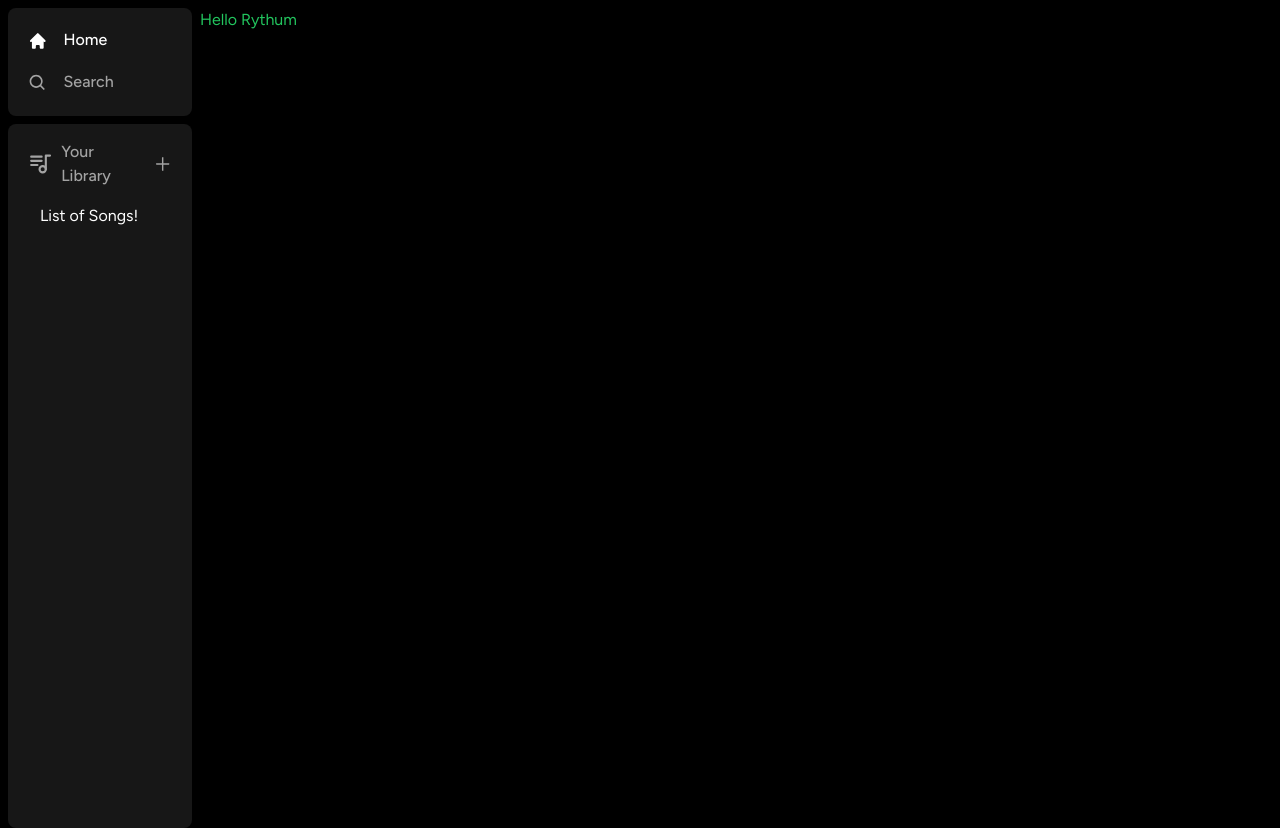
Repository: syni18/Rythum
Page: /
These files come from the project's save history. The page is drawn as it stood at one moment and after the next save; the edit follows.
The browser window is 1280 px wide. The pictures show the whole page.
The project was rebuilt for these pictures with package versions that can differ from the ones it lists, and the page was loaded fresh each time. The framework's server and built-in components were replaced by stand-ins that run in the browser. Also part of the build but not shown: next.config.js.

Above is the page before, as saved 2023-11-11 16:57:06.

After the next save:
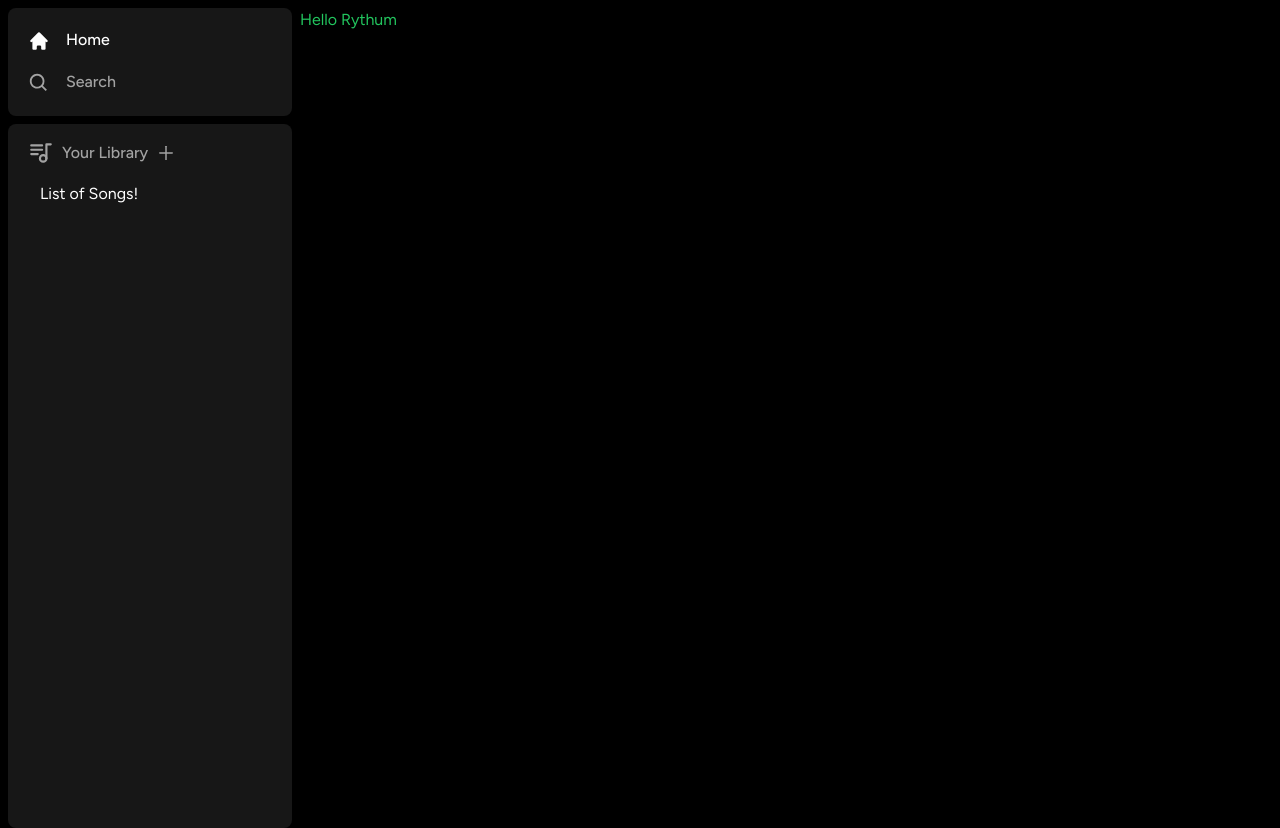
Saved 13 s later.
--- a/components/Sidebar.tsx
+++ b/components/Sidebar.tsx
@@ -34,7 +34,7 @@ const Sidebar: React.FC<SidebarProps> = ({
     ],[pathname]);
     return (
         <div className="flex h-full">
-            <div className="md-flex flex-col gap-y-2 bg-black h-full w-[200px] p-2">
+            <div className="md-flex flex-col gap-y-2 bg-black h-full w-[300px] p-2">
                 <Box className='flex flex-col gap-y-2 px-5 py-4'>
                     {route.map((item) => (
                         <SidebarItem key={item.label} {...item}/>
